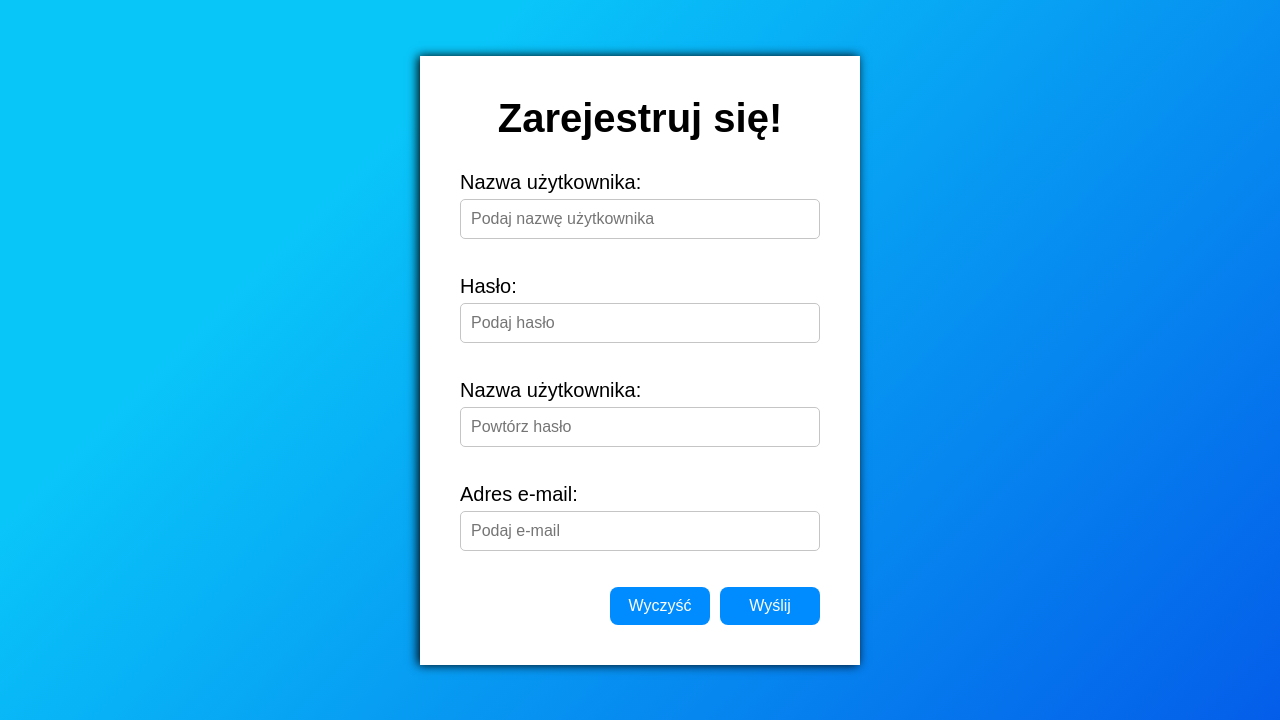
Repository: KrzysKolo/Projekt-3_Formularz-rejestracyjny
Page: index.html
The author's editor kept a copy of each file at every save. The page is drawn from the files as they stood at one save, then again after the next save.
The browser window is 1280 px wide. The pictures show the whole page.
Some web fonts or font styles are not loaded; a fallback is used.

Above is the page before, as saved 2020-07-04 03:50:33.

### index.html
<!DOCTYPE html>
<html lang="en">
  <head>
    <meta charset="UTF-8" />
    <meta name="viewport" content="width=device-width, initial-scale=1.0" />
    <title>Projekt 3 - Logowanie</title>
    <link
      href="https://fonts.googleapis.com/css2?family=Aldrich&family=Overpass+Mono:wght@300&display=swap"
      rel="stylesheet"
    />
    <link rel="stylesheet" href="./css/style.css" />
  </head>
  <body>
    <main class="wrapper">
      <form class="form">
        <h1>Zarejestruj się!</h1>
        <div class="form-box">
          <label for="username">Nazwa użytkownika: </label>
          <input
            type="text"
            id="username"
            placeholder="Podaj nazwę użytkownika"
          />
          <p class="error-text">error</p>
        </div>

        <div class="form-box">
          <label for="password">Hasło: </label>
          <input type="password" id="password" placeholder="Podaj hasło" />
          <p class="error-text">error</p>
        </div>

        <div class="form-box">
          <label for="password2">Nazwa użytkownika: </label>
          <input type="password" id="password2" placeholder="Powtórz hasło" />
          <p class="error-text">error</p>
        </div>

        <div class="form-box">
          <label for="email">Adres e-mail: </label>
          <input type="email" id="email" placeholder="Podaj e-mail" />
          <p class="error-text">error</p>
        </div>

        <div class="control-button">
          <button class="clear">Wyczyść</button>
          <button class="send">Wyślij</button>
        </div>

        <div class="popup">
          <p>Formularz został poprawnie wysłany</p>
          <button class="close">Zamknij</button>
        </div>
      </form>
    </main>
  </body>
</html>

### css/style.css
* {
  box-sizing: border-box;
  margin: 0;
  padding: 0;
}
body {
  display: flex;
  justify-content: center;
  align-items: center;
  min-height: 100vh;
  font-family: "Aldrich", sans-serif;
  background-image: linear-gradient(315deg, #045de9 0%, #09c6f9 74%);
}
.wrapper {
  width: 440px;
  background-color: #fff;
  box-shadow: -2px 0 10px #000;
}
.form {
  padding: 40px;
  font-size: 20px;
}
h1 {
  margin-bottom: 30px;
  text-align: center;
}
.form-box {
  margin-bottom: 15px;
}
.form-box label {
  display: inline-block;
  margin-bottom: 5px;
}
.form-box input {
  width: 100%;
  padding: 10px;
  font-size: 16px;
  border: 1px solid rgb(197, 197, 197);
  border-radius: 5px;
}
.form-box.error input {
  border: 1px solid rgb(0, 117, 250);
  background-color: 1px solid rgba(0, 117, 250, 0.1);
}
.form-box .error-text {
  margin: 5px 0 0 10px;
  font-size: 14px;
  color: 1px solid rgb(0, 117, 250);
  font-family: "Overpass Mono", monospace;
  visibility: hidden;
}
.form-box.error .error-text {
  visibility: visible;
}
.control-button {
  display: flex;
  flex-direction: row;
  justify-content: flex-end;
}
.send,
.clear,
.close {
  display: inline-block;
  padding: 10px 0;
  margin-left: 10px;
  width: 100px;
  font-size: 16px;
  background-color: rgb(0, 140, 255);
  color: #fff;
  border: none;
  border-radius: 8px;
  cursor: pointer;
  transition: background-color 0.3s;
}
.send:hover,
.clear:hover,
.close:hover {
  background-color: rgb(0, 107, 194);
}
.popup {
  display: flex;
  justify-content: center;
  align-items: center;
  flex-direction: column;
  position: absolute;
  top: -300px;
  left: 50%;
  transform: translate(-50%, -50%);
  width: 600px;
  height: 200px;
  background-color: #fff;
  border-radius: 8px;
  border: 2px solid black;
  transition: top 0.5s;
}
.popup p {
  font-size: 28px;
}

.popup .close {
  margin-top: 20px;
}
.show-popup {
  top: 150px;
}

After the next save:
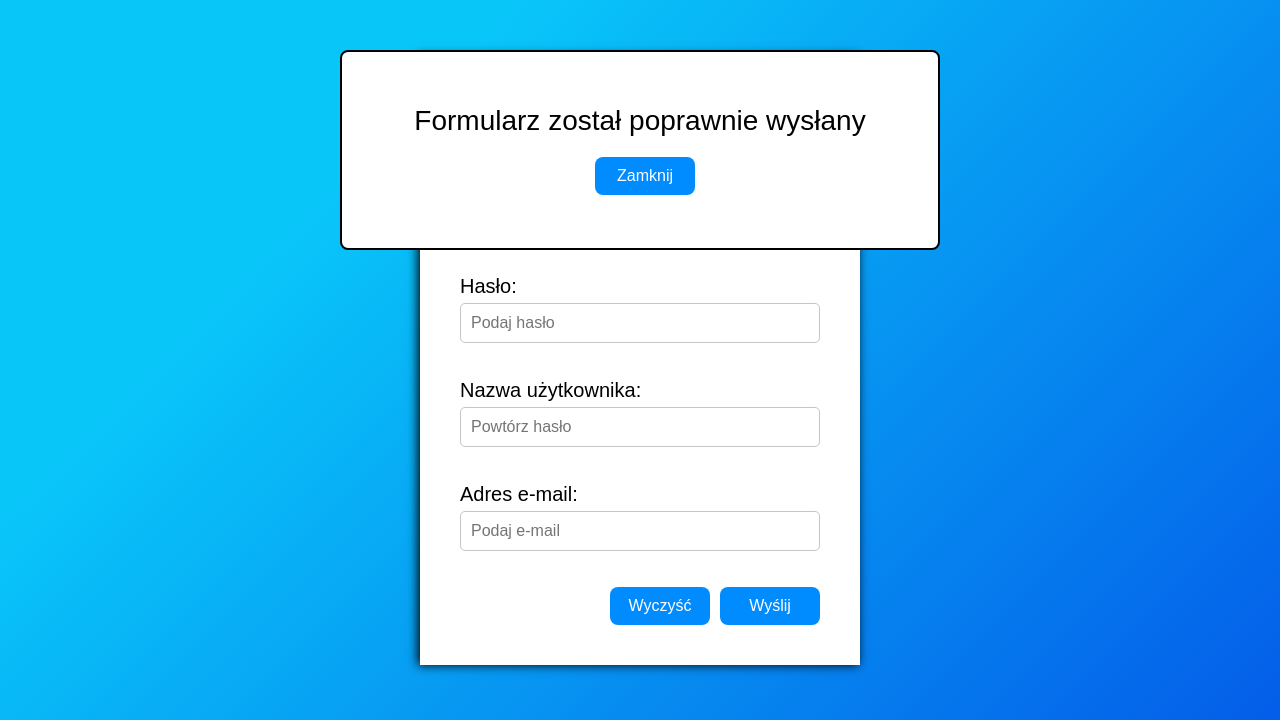
Saved 23 s later.
--- a/index.html
+++ b/index.html
@@ -47,7 +47,7 @@
           <button class="send">Wyślij</button>
         </div>
 
-        <div class="popup">
+        <div class="popup show-popup">
           <p>Formularz został poprawnie wysłany</p>
           <button class="close">Zamknij</button>
         </div>

After the save that followed:
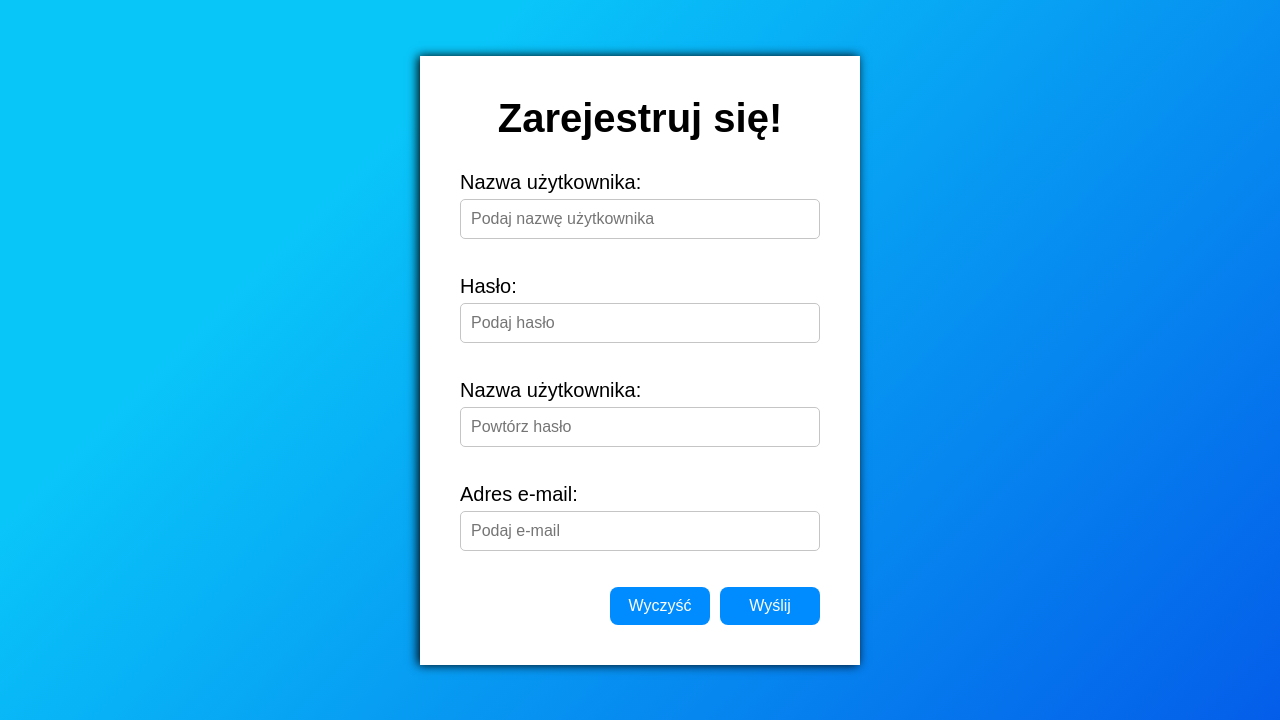
Saved 15 s later.
--- a/index.html
+++ b/index.html
@@ -47,7 +47,7 @@
           <button class="send">Wyślij</button>
         </div>
 
-        <div class="popup show-popup">
+        <div class="popup">
           <p>Formularz został poprawnie wysłany</p>
           <button class="close">Zamknij</button>
         </div>
